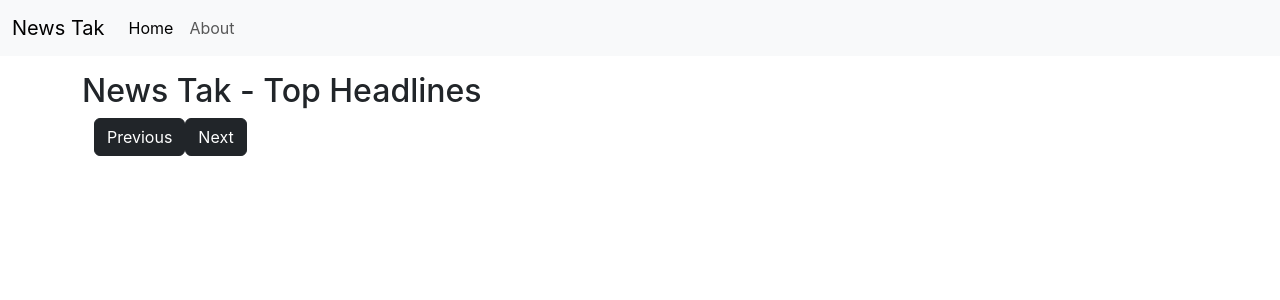
Repository: Rohit-foryou/News-website
Page: /business
These files come from the project's save history. The page is drawn as it stood at one moment and after the next save; the edit follows.
The browser window is 1280 px wide. The pictures show the whole page.
The page's requests for data from a server got no answer. The project was rebuilt for these pictures with package versions that can differ from the ones it lists, and the page was loaded fresh each time. No one was signed in, and anything a server would have sent is missing. Also part of the build but not shown: src/Components/NewsItem.js.

Above is the page before, as saved 2023-12-22 20:33:41.

After the next save:
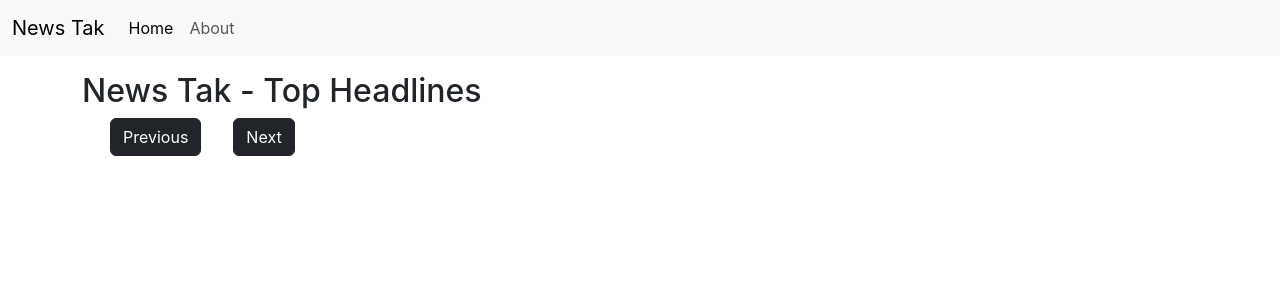
Saved 36 s later.
--- a/src/Components/News.js
+++ b/src/Components/News.js
@@ -39,8 +39,8 @@ export class News extends Component {
 
         </div>
         <div className="container">
-            <button type="button" class="btn btn-dark">Previous</button>
-            <button type="button" class="btn btn-dark">Next</button>
+            <button type="button" class="btn btn-dark mx-3">Previous</button>
+            <button type="button" class="btn btn-dark mx-3">Next</button>
         </div>
       </div>
     );
